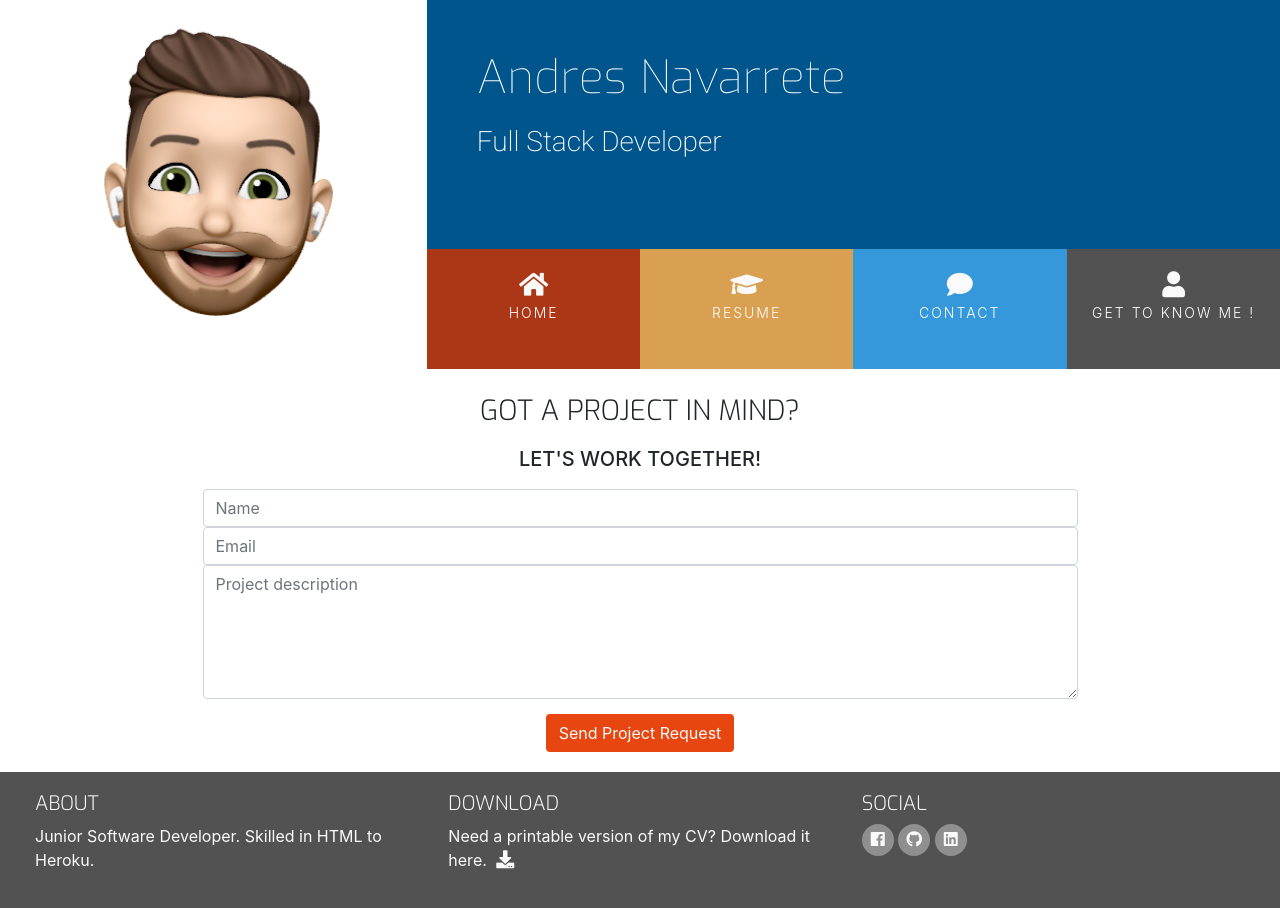
Repository: andna5980/cloud9-workspace
Page: contact.html
An editor plug-in stored every save of this project. The page is shown before and after the next save, followed by the edit.
The browser window is 1280 px wide. The pictures show the whole page.
Some web libraries are served in a nearby version.

Above is the page before, as saved 2022-04-25 12:22:20.
Console error: ReferenceError: emailjs is not defined

### contact.html
<!DOCTYPE html>
<html lang="en">
<head>
    <title>Andy's CV</title>
    <meta name="description" content="Digital CV for Andres Navarrete">
    <meta charset="UTF-8">
    <meta name="viewport" content="width=device-width, initial-scale=1.0">
    <link rel="stylesheet" href="https://maxcdn.bootstrapcdn.com/bootstrap/4.2.1/css/bootstrap.min.css" type="text/css"/>
    <link rel="stylesheet" href="https://use.fontawesome.com/releases/v5.0.10/css/all.css" integrity="sha384-+d0P83n9kaQMCwj8F4RJB66tzIwOKmrdb46+porD/OvrJ+37WqIM7UoBtwHO6Nlg" crossorigin="anonymous"/>
    <link rel="stylesheet" href="https://cdnjs.cloudflare.com/ajax/libs/hover.css/2.3.1/css/hover-min.css">
    <link rel="stylesheet" href="./resume-project/assets/css/style.css" type="text/css">
    <script type="text/javascript"
        src="https://cdn.jsdelivr.net/npm/emailjs-com@2/dist/email.min.js">
    </script>
    <script type="text/javascript">
        (function(){
            emailjs.init("user_CwUswiMCE5gN6h6eXHbjb");
        })();
    </script>
</head>

<body>
    <header>
        <div class="row no-gutters">
            <a href="index.html"  class="col-md-4 logo">

            </a>
            <div class="col-md-8">
                <div class="row no-gutters bg-color-name-title">
                    <div class="col heading">
                        <h1 class="name">Andres Navarrete</h1>
                        <h2 class="title">Full Stack Developer</h2>

                    </div>
                </div>
                <div class="row no-gutters">
                    <div class="col">
                        <ul id="nav" class="list-inline menucontainer">
                            <li class="col-6 col-sm-3 ui-menu-color-home list-inline-item menuitem">
                                <a href="index.html" class="hvr-sweep-to-bottom"><i class="fa fa-home"
                                        aria-hidden="true"></i><span>Home</span></a>
                            </li>
                            <li class="col-6 col-sm-3 ui-menu-color-resume list-inline-item menuitem">
                                <a href="resume.html" class="hvr-sweep-to-bottom"><i class="fa fa-graduation-cap"
                                        aria-hidden="true"></i><span>Resume</span></a>
                            </li>
                            <li class="col-6 col-sm-3 ui-menu-color-contact list-inline-item menuitem">
                                <a href="contact.html" class="hvr-sweep-to-bottom"><i class="fa fa-comment"
                                        aria-hidden="true"></i><span>Contact</span></a>
                            </li>
                            <li class="col-6 col-sm-3 ui-menu-color-download list-inline-item menuitem">
                                <a href="https://chats.landbot.io/v3/H-1223319-CFWOQLCQKLJZC8VA/index.html" target="_blank" class="hvr-sweep-to-bottom"><i class="fa fa-user"
                                    aria-hidden="true"></i><span>Get to know me !</span></a>
                            </li>
                        </ul>
                    </div>
                </div>

            </div>
        </div>

    </header>

    <section class="container-fluid">
        <div class="row bg-color-contact">
            <div class="col">
                <h3 class="contact-heading uppercase text-center">Got a project in mind?</h3>
                <h5 class="uppercase text-center">Let's work together!</h5>

                <div class="center-form">
                    <form onsubmit="return sendMail(this);">
                           <input type="text" name="name" id="fullname" class="form-control" placeholder="Name" required/>
                           <input type="text" name="emailaddress" id="emailaddress" class="form-control" placeholder="Email" required/>
                           <textarea rows="5" name="projectsummary" id="projectsummary" class="form-control" placeholder="Project description" required></textarea>
                           <div class="form-row text-center">
                               <div class="col">
                                   <button type="submit" class="btn btn-seconday">Send Project Request</button>
                               </div>
                           </div>

                    </form>
                </div>
            </div>
        </div>
    </section>



<footer class="container-fluid">
        <div id="footer-details" class="row">
            <div class="col-sm-4">
                <h5 class="uppercase general-sub">About</h5>
                <p class="inline-block">
                    Junior Software Developer.
                    Skilled in HTML to Heroku.
                </p>
            </div>
            <div class="col-sm-4">
                <h5 class="uppercase general-sub">Download</h5>
                <p class="inline-block">
                    Need a printable version of my CV? Download it here.
                    <a href="/resume-project/assets/cv/Rodrigo-Andres-Navarrete-cv-2022.pdf" target="_blank" class="cv-pdf">
                        <i class="fa fa-download" aria-hidden="true"></i>
                        <span class="sr-only">Download</span>
                    </a>
                </p>

            </div>
            <div class="col-sm-4">
                <h5 class="uppercase general-sub">Social</h5>
                <ul class="list-inline social-links">
                    <li class="list-inline-item">
                        <a target="_blank" href="#">
                            <i class="fab fa-facebook" aria-hidden="true"></i>
                            <span class="sr-only">Facebook</span>
                        </a>
                    </li>

                    <li class="list-inline-item">
                        <a target="_blank" href="https://github.com/andna5980">
                            <i class="fab fa-github" aria-hidden="true"></i>
                            <span class="sr-only">Github</span>
                        </a>
                    </li>
                    <li class="list-inline-item">
                        <a target="_blank" href="https://www.linkedin.com/in/andres-navarrete-barrios-6aa631101/">
                            <i class="fab fa-linkedin" aria-hidden="true"></i>
                            <span class="sr-only">LinkedIn</span>
                        </a>
                    </li>
                </ul>
            </div>
        </div>

    </footer>
    <script src="./resume-project/assets/js/sendEmail.js"></script>
</body>

</html>

### resume-project/assets/css/style.css
@import url('https://fonts.googleapis.com/css?family=Roboto:100,200,300,400,500,600,700|Exo:100,200,300,400,500,600,700');



/*-------------------------------------------------Colours */

.bg-color-name-title {
    background-color: #00558D;

}

.bg-color-three-reasons {
    background-color: #fff;
}

.bg-color-personal-info {
    background-color: #f4f4f4;
}

.bg-color-work-history {
    background-color: #00558D;
}

bg-color-contact {
    background-color: #fff;
}

.ui-menu-color-home{
    background-color: #AB3717;

}
.ui-menu-color-resume{
    background-color: #DAA052;

}
.ui-menu-color-contact{
    background-color: #3498db;

}
.ui-menu-color-download{
    background-color: #525252;

}

.row-table {
    display: table;
}

.section-column {
    display: table-cell;
    padding: 0 30px 30px;
    float: none;
}

.section-heading {
    font-family: "Exo", sans-serif;
    font-weight: 300;
    margin-top: 25px;
    margin-bottom: 40px;
}
/*-------------------------------------------------Special paddings/margins/text */


h1,h2,h3,h4 {
    margin: 0;
}

.uppercase {
    text-transform: uppercase;
}


.general-sub {
    font-family: "Exo", sans-serif;
    font-weight: 300;
    color: #fafafa;
}

.inline-block {
    display: inline-block;
}

.row-table {
    display: table;
}

.section-column {
    display: table-cell;
    padding: 0 30px 30px;
    float: none;
}

.history-heading,
.section-heading {
    font-family: "Exo", sans-serif;
    font-weight: 300;
    margin-top: 25px;
    margin-bottom: 40px;
}

/*-------------------------------------------------Headings */

header {
    margin: 0;
}

.heading{
    margin-left: 50px;
}

.logo {
    background: url("../images/memoji2.PNG");
    background-position: center;
    background-repeat: no-repeat;
    background-size: cover;
    min-height: 350px;
    transition: all .5s ease-in-out;
    -moz-transition:  all .5s ease-in-out;
    -webkit-transition: all .5s ease-in-out;
}

.name {
    font-family: "Exo", sans-serif;
    font-weight: 100;
    font-size: 46px;
    margin-top: 50px;
    color: #ffffff;
}

.title {
    font-family: "Roboto", sans-serif;
    font-weight: 200;
    font-size: 28px;
    margin-top: 20px;
    margin-bottom: 90px;
    color: #ffffff;
}


.list-inline-item:not(:last-child) {
    margin: 0;
}

.menucontainer {
    font-size: 0;
}

#nav {
    margin: 0;
}

#nav li {
    font-size: 14px;
    padding: 0;
}

.menuitem {
    height: 120px;
    text-align: center;
    padding: 0;

}

.menuitem a {
    width: 100%;
    text-decoration: none;
    color: #ffffff;
    height: 120px;
}

.menuitem a i{
    padding-top: 22px;
    display: block;
    color: #fafafa;
    font-size: 26px;

}

.menuitem span {
    display: block;
    width: 100%;
    padding-top: 5px;
    text-align: center;
    text-transform: uppercase;
    font-size: 14px;
    font-weight: 300;
    letter-spacing: 2px;
}

/*-------------------------------------------------Hover.css */

.hvr-sweep-to-bottom:before {
    background: rgba(0, 0, 0, 0.2);
    height: 120px;
}


/*-------------------------------------------------Footer */

footer {
    background-color: #525252;
    color: #fafafa;
    min-height: 120px;
    margin: 0;
}

.cv-pdf i {
    font-size: 18px;
    color: #fafafa;
    text-align: center;
    padding-left: 5px;
    transition: all 0.35s ease-in-out;
    -moz-transition: all 0.35s ease-in-out;
    -webkit-transition: all 0.35s ease-in-out;
    -o-transition: all 0.35s ease-in-out;
}

.cv-pdf i:hover {
    color: #e84610;
}

.social-links {
    padding-bottom: 15px;
}

.social-links li a i {
    width: 32px;
    height: 32px;
    padding: 12px 0;
    border-radius: 50%;
    line-height: 7px;
    text-align: center;
    color: #fafafa;
    background: #8f8f8f;
    transition: all 0.35s ease-in-out;
    -moz-transition: all 0.35s ease-in-out;
    -webkit-transition: all 0.35s ease-in-out;
    -o-transition: all 0.35s ease-in-out;
}

.social-links li a i:hover {
    background: #e84610;
}

#footer-details {
    padding: 20px;
}


/*-------------------------------------------------Three reasons */


.three-reasons-icon {
    font-size: 26px;
    color: #e67e22;
}

.three-reasons-heading {
    margin-bottom: 15px;

}

/* ----------------------------------------Personal Info */

.personal-info-item {
    margin-bottom: 20px;
    display: block;
    clear: both;
}

.personal-info-item .key,
.personal-info-item .value {
    padding-right: 8px;
    display: inline-block;
}

.personal-info-item .key p,
.personal-info-item .value p {
    margin: 0;
}

.personal-info-item .key {
    width: 30%;
    margin-right: 21px;
    padding-top: 2px;
    vertical-align: top;
}

.personal-info-item .key p {
    font-weight: 700;
}

.personal-info-item .value {
    position: relative;
    width: 60%;
}


/* ----------------------------------------Skills */

.progress {
    position: relative;
    height: 25px;
    margin-bottom: 4px;
}

.progress-type {
    position: absolute;
    left: 0px;
    font-weight: 400;
    padding: 3px 30px 2px 10px;
    color: #fafafa;
    background-color: rgba(25, 25, 25, 0.2);
}

.progress-section {
    margin: 40px 20px;
}


/* ----------------------------------------Work History */

.history-heading {
    color: #fafafa;
    margin-bottom: 50px;
}

.timeline-item {
    padding: 4em 2em 0em 2em;
    position: relative;
    color: #fafafa;
    border-left: 1px solid;
}

.timeline-item p {
    padding: 0;
    margin: 0;
}

.timeline-item:before {
    content: attr(data-dates);
    position: absolute;
    left: 2.5em;
    top: 3em;
    display: block;
    font-family: "Exo", sans-serif;
    font-weight: 500;
    font-size: 0.8em;
    padding: 0;
    margin: 0;
}

.timeline-item:after {
    width: 12px;
    height: 12px;
    display: block;
    top: 2.4em;
    position: absolute;
    left: -6px;
    border-radius: 12px;
    content: '';
    background: #fafafa;
}

.history-items {
    margin-bottom: 30px;
}


/* ----------------------------------------Contact Form */

.contact-heading {
    font-family: "Exo", sans-serif;
    font-weight: 300;
    margin-top: 25px;
    margin-bottom: 20px;
}

.center-form {
    padding-top: 10px;
    margin: 0 auto;
    max-width: 70%;
}

button[type="submit"] {
    margin-top: 15px;
    margin-bottom: 20px;
    color: #fafafa;
    background-color: #e84610;
}

/* ----------------------------------------Media Queries */

@media(min-width: 992px) {
    center-form {
        padding-top: 30px;
        min-height: 240px;
        margin: 0 auto;
        max-width: 50%;
    }
}

@media(min-width: 2000px) {
    body {
        padding-top: 30px;
        min-height: max-content;
        margin: 0 5% auto 5%;
        max-width: 90%;
    }
}

@media(min-width: 3000px) {
    body {
        padding-top: 30px;
        min-height: max-content;
        margin: 0 10% auto 10%;
        max-width: 90%;
    }
}

### resume-project/assets/js/sendEmail.js
console.log("hello email")
function sendMail(contactForm) {
    emailjs.send("gmail", "andres", {
        "from_name": contactForm.name.value,
        "from_email": contactForm.emailaddress.value,
        "project_request": contactForm.projectsummary.value

    })
    .then(
        function(response) {
            console.log("SUCCESS", response);
        },
        function (error)  {
            console.log("FAILED", error);
        }
    );
    return false; // To block from loading a new page

}

After the next save:
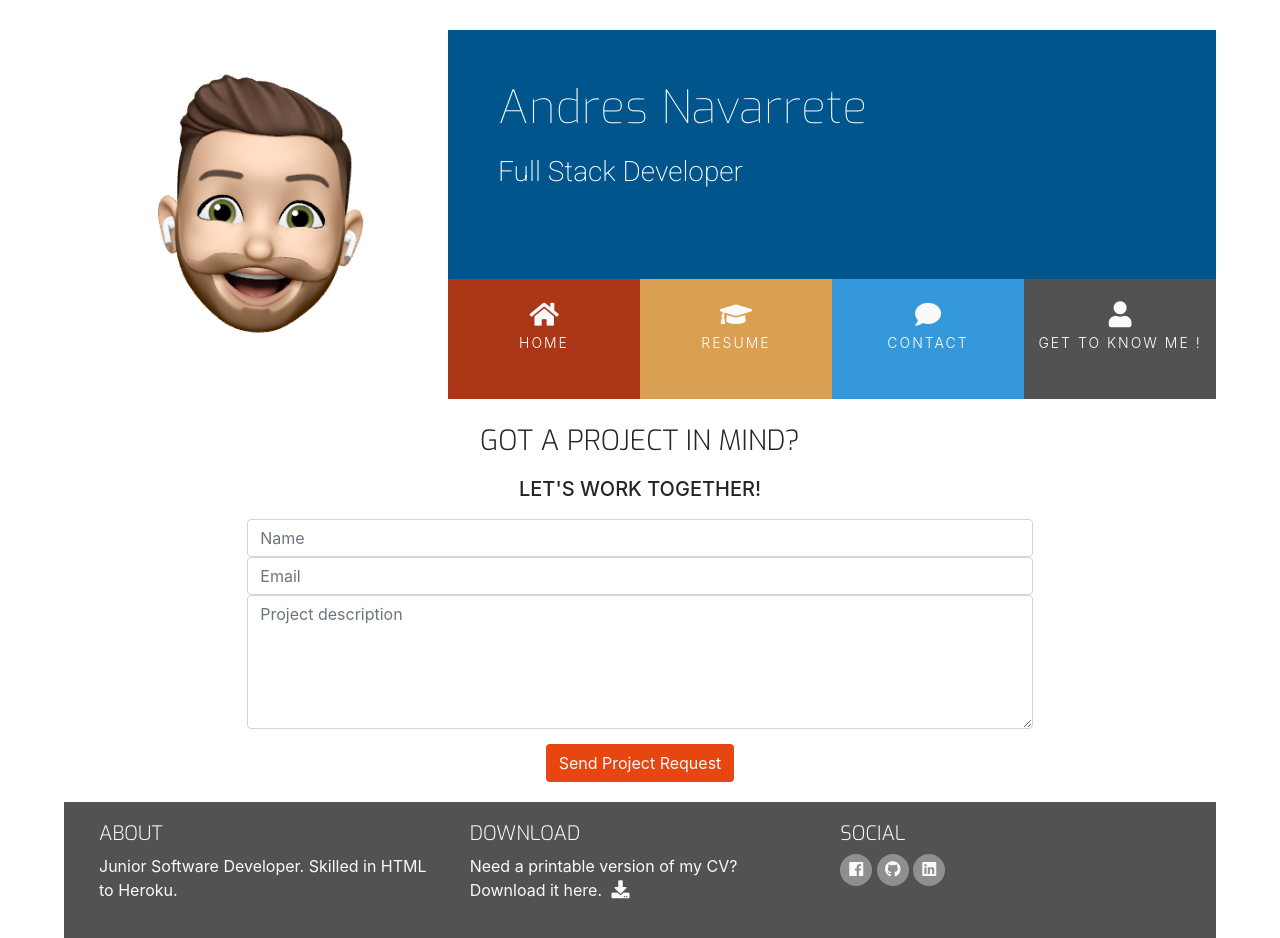
Saved 31 s later.
--- a/resume-project/assets/css/style.css
+++ b/resume-project/assets/css/style.css
@@ -400,7 +400,7 @@
     }
 }
 
-@media(min-width: 2000px) {
+@media(min-width: 1000px) {
     body {
         padding-top: 30px;
         min-height: max-content;

After the save that followed:
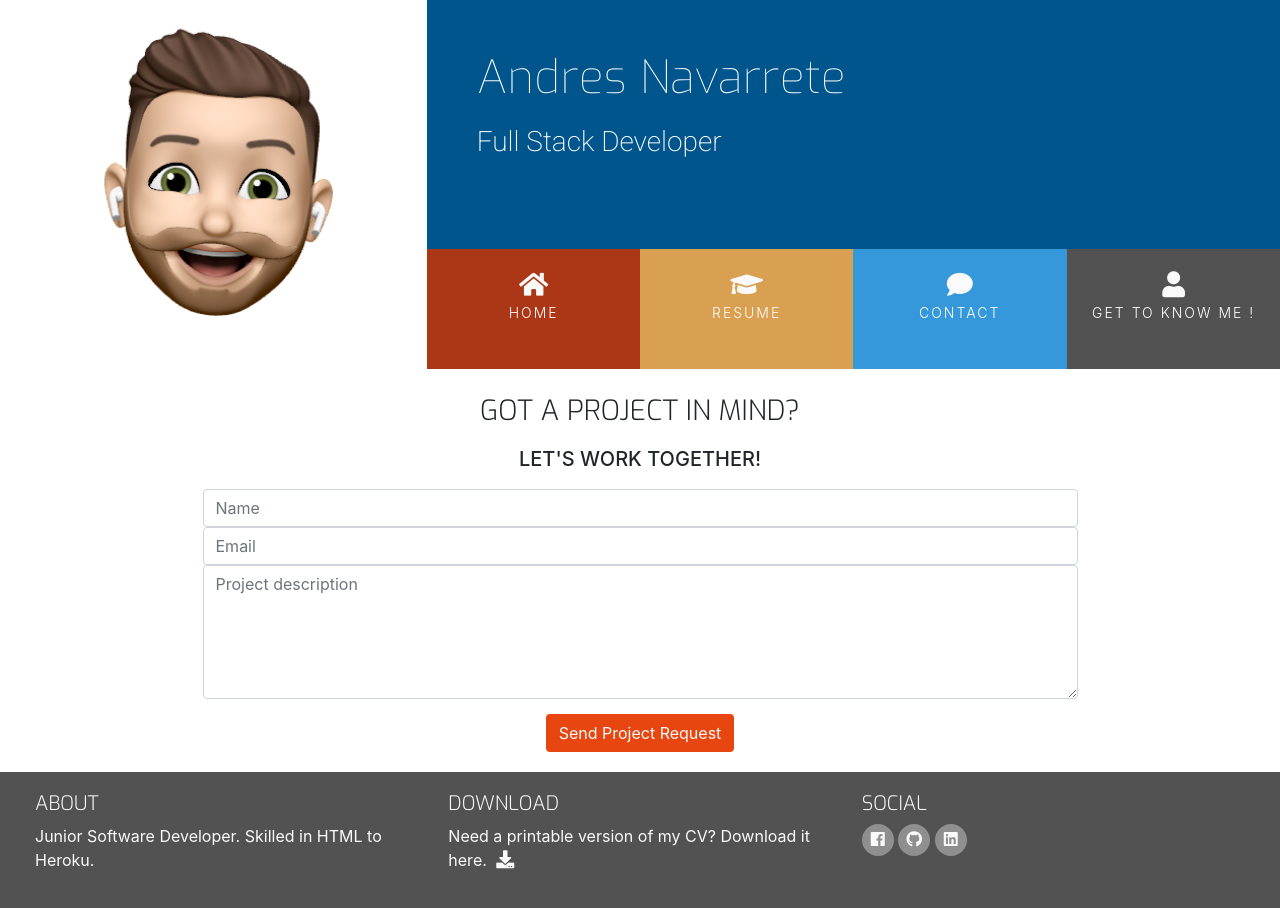
Saved 8 s later.
--- a/resume-project/assets/css/style.css
+++ b/resume-project/assets/css/style.css
@@ -400,7 +400,7 @@
     }
 }
 
-@media(min-width: 1000px) {
+@media(min-width: 2000px) {
     body {
         padding-top: 30px;
         min-height: max-content;
